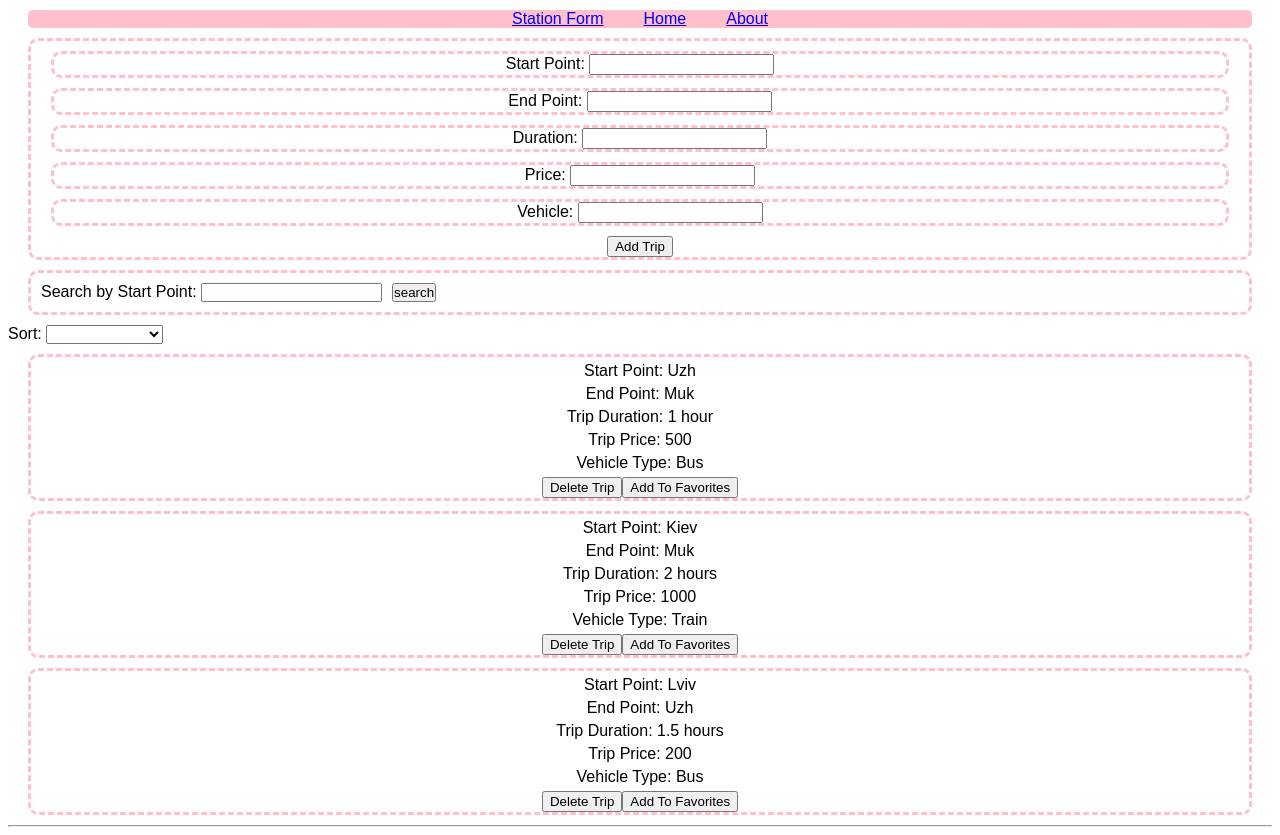
Repository: rutsguifd/mkr2
Page: /#/station-form
These files come from the project's save history. The page is drawn as it stood at one moment and after the next save; the edit follows.
The browser window is 1280 px wide. The pictures show the whole page.
The project was rebuilt for these pictures with package versions that can differ from the ones it lists, and the page was loaded fresh each time. Also part of the build but not shown: src/views/Home.vue, src/views/About.vue, src/components/FavoriteTrips.vue.

Above is the page before, as saved 2021-12-22 00:40:33.

After the next save:
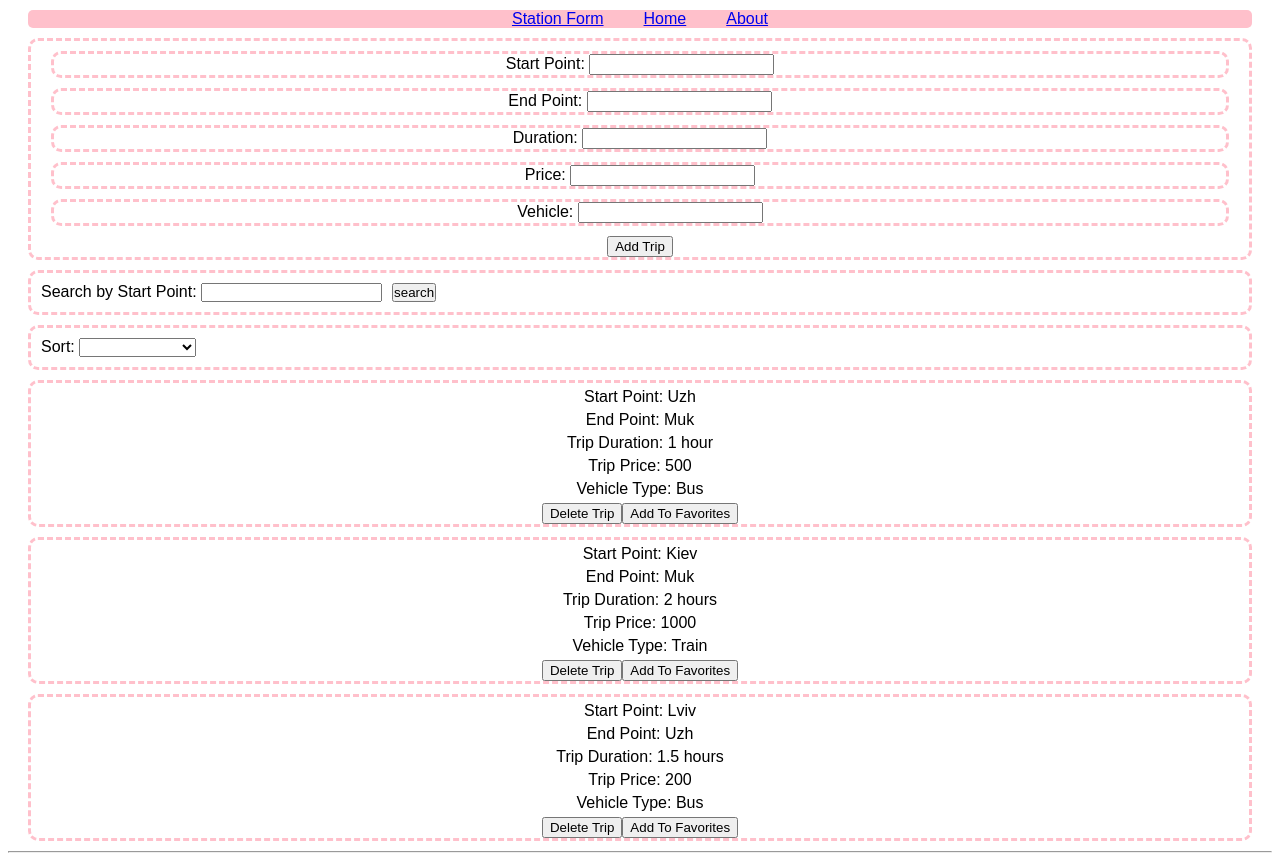
Saved 2 min 55 s later.
--- a/src/views/StationForm.vue
+++ b/src/views/StationForm.vue
@@ -79,4 +79,10 @@ export default {
     margin-left: 10px;
   }
 }
+.sort {
+  margin: 10px 20px;
+  padding: 10px 10px;
+  border: 3px dashed pink;
+  border-radius: 10px;
+}
 </style>
